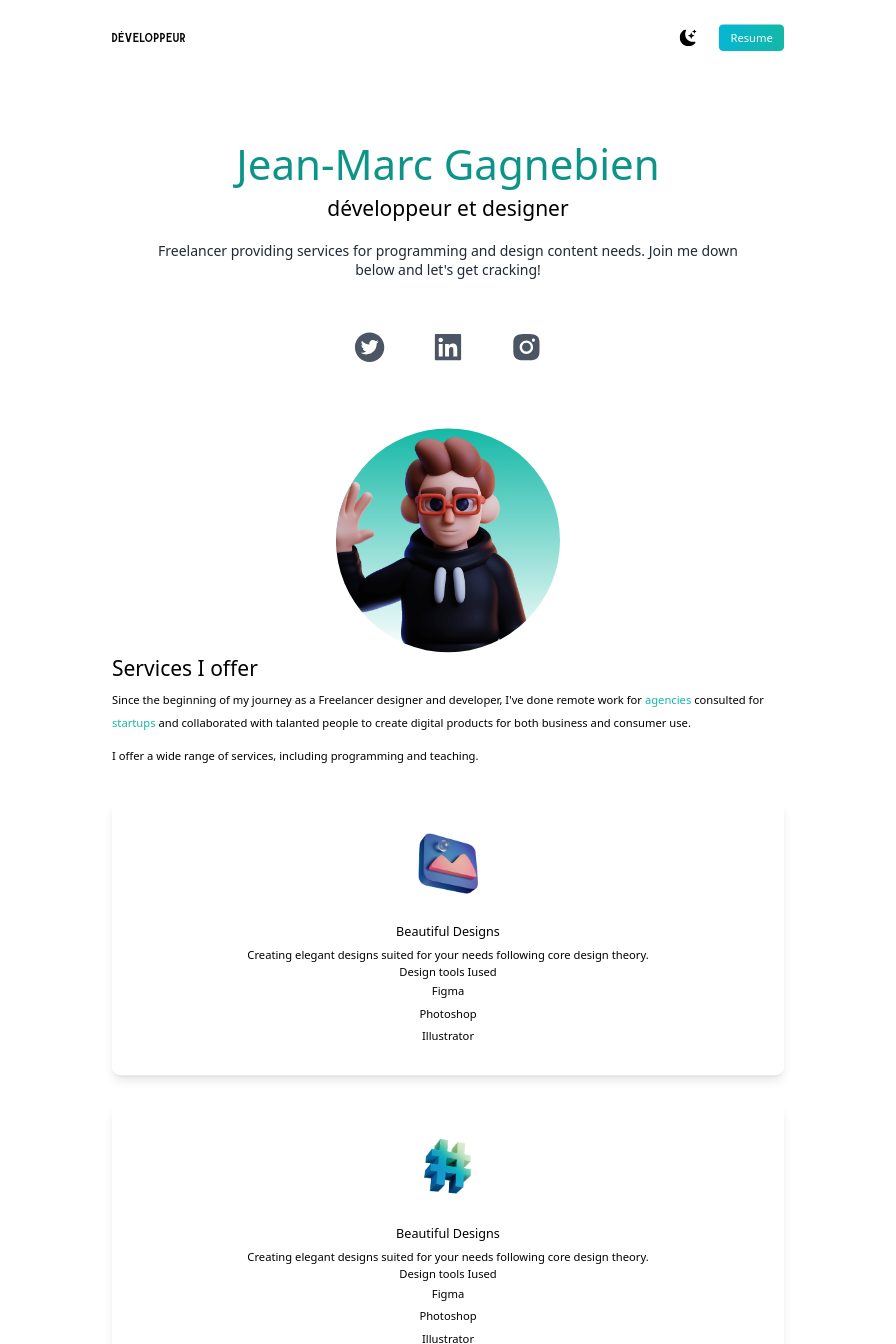
Repository: Jean-MarcG/portfoli_next
Page: /
The author's editor kept a copy of each file at every save. The page is drawn from the files as they stood at one save, then again after the next save.
The browser window is 1280 px wide. The pictures show the part of the page from y = 0 to 1920 px (the page is 6776 px tall before and 6804 px after), at 70% of full size.
The project was rebuilt for these pictures with package versions that can differ from the ones it lists, and the page was loaded fresh each time. The framework's server and built-in components were replaced by stand-ins that run in the browser. Also part of the build but not shown: next.config.js.

Above is the page before, as saved 2023-04-03 11:26:02.

After the next save:
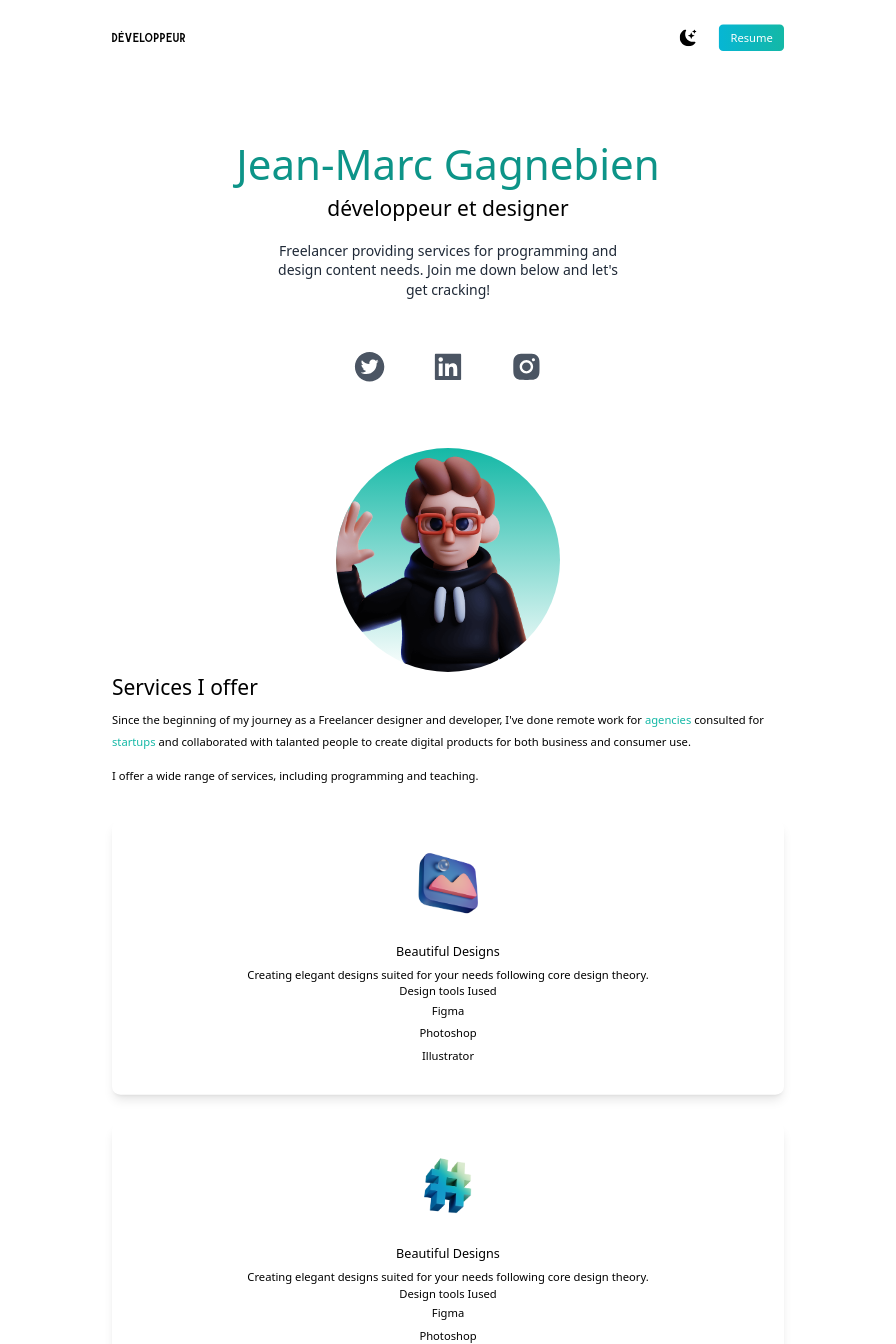
Saved 61 s later.
--- a/pages/index.js
+++ b/pages/index.js
@@ -41,7 +41,7 @@
           <div className='text-center p-10'>
             <h2 className='text-5xl py-2 text-teal-600 font-medium md:text-6xl'>Jean-Marc Gagnebien</h2>
             <h3 className='text-2xl py-2 md:text-3xl'>développeur et designer</h3>
-            <p className='text-md py-5 leading-8 text-gray-800 md:text-xl'>Freelancer providing services for programming and design content needs. Join me down below and let's get cracking!</p>
+            <p className='text-md py-5 leading-8 text-gray-800 md:text-xl mx-auto max-w-lg'>Freelancer providing services for programming and design content needs. Join me down below and let's get cracking!</p>
           </div>
           <div className='text-5xl flex justify-center gap-16 py-3 text-gray-600'>
             <AiFillTwitterCircle />
